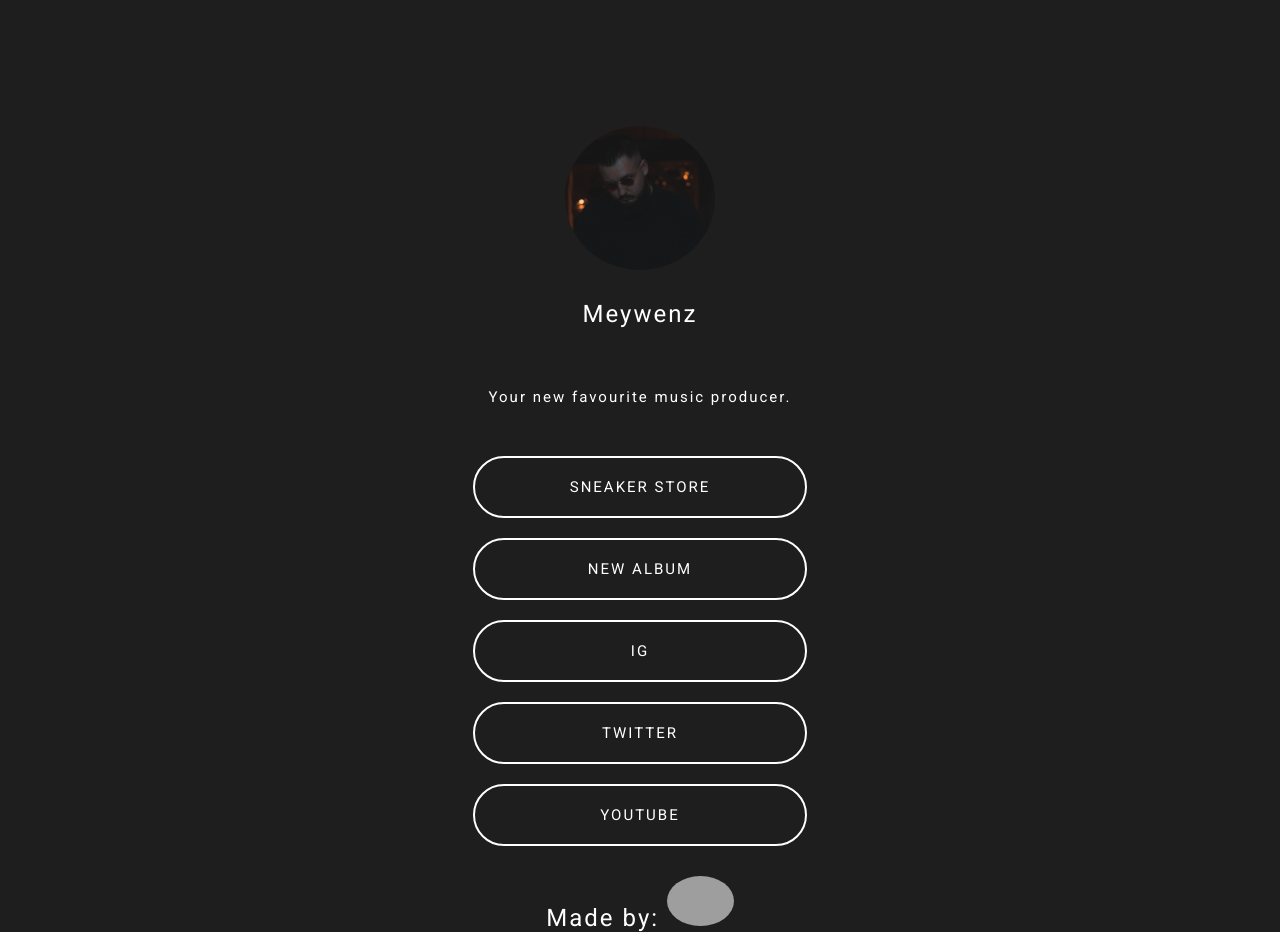
Repository: meywenz/mysite
Page: index.html
An editor plug-in stored every save of this project. The page is shown before and after the next save, followed by the edit.
The browser window is 1280 px wide. The pictures show the whole page.
Pictures or frames that could not be fetched are drawn as grey boxes.

Above is the page before, as saved 2021-04-08 17:37:28.

### index.html
<html lang="en">
<head>
<meta charset="UTF-8">
<meta name="viewport" content="width=device-width, initial-scale=1.0">
<link rel="stylesheet" href="styles.css">
<style>
        @import url('https://fonts.googleapis.com/css2?family=Roboto:ital@0;1&display=swap');

    </style>
<title>Meywenz</title>
</head>
<body>
<!-- Profile picture-->
<img src="assets/image.jpg" alt="profile picture" class="profile-picture">
<!-- Profile name-->
<div class="profile-name">Meywenz</div>
<div class="bio">Your new favourite music producer.</div>
<!-- Links-->
<a href="#" class="links">SNEAKER STORE</a>
<a href="#" class="links">NEW ALBUM</a>
<a href="#" class="links">IG</a>
<a href="#" class="links">TWITTER</a>
<a href="#" class="links">YOUTUBE</a>
<!-- Logo -->
<div class="bottom-text">Made by: <img src="assets/steel logo 4.png" alt="Meywenz" class="logo-bottom"> </div>
</body>
</html>

### styles.css
@import url("https://fonts.googleapis.com/css2?family=Roboto:ital@0;1&display=swap");
body {
  background-color: rgb(30, 30, 30);
  color: #fff;
  font-family: "Roboto", "Open Sans";
  font-size: 15px;
  letter-spacing: 2px;
}

img {
  border-radius: 50%;
}
.profile-picture {
  display: block;
  margin-left: auto;
  margin-right: auto;
  margin-top: 10%;
  height: auto;
  max-width: 150px;
}
.profile-name {
  font-family: "Roboto", sans-serif;
  text-align: center;
  padding: 30px;
  font-size: 1.5rem;
}
.bio {
  text-align: center;
  padding: 30px;
}

.links {
  text-align: center;
  margin-top: 20px;
  padding: 20px;
  border: 1px solid white;
  border-width: 2px;
  width: 290px;
  display: block;
  margin-left: auto;
  margin-right: auto;
  border-radius: 40px;
}

a {
  text-decoration: none;
  color: white;
  transition: color 1s;
}

a:hover {
  color: #000;
  background: #fff;
}

.bottom-text {
  font-family: "Roboto", sans-serif;
  text-align: center;
  padding: 30px;
  font-size: 1.5rem;
  max-height: 15px;
}
.logo-bottom {
  max-height: 50px;
}

After the next save:
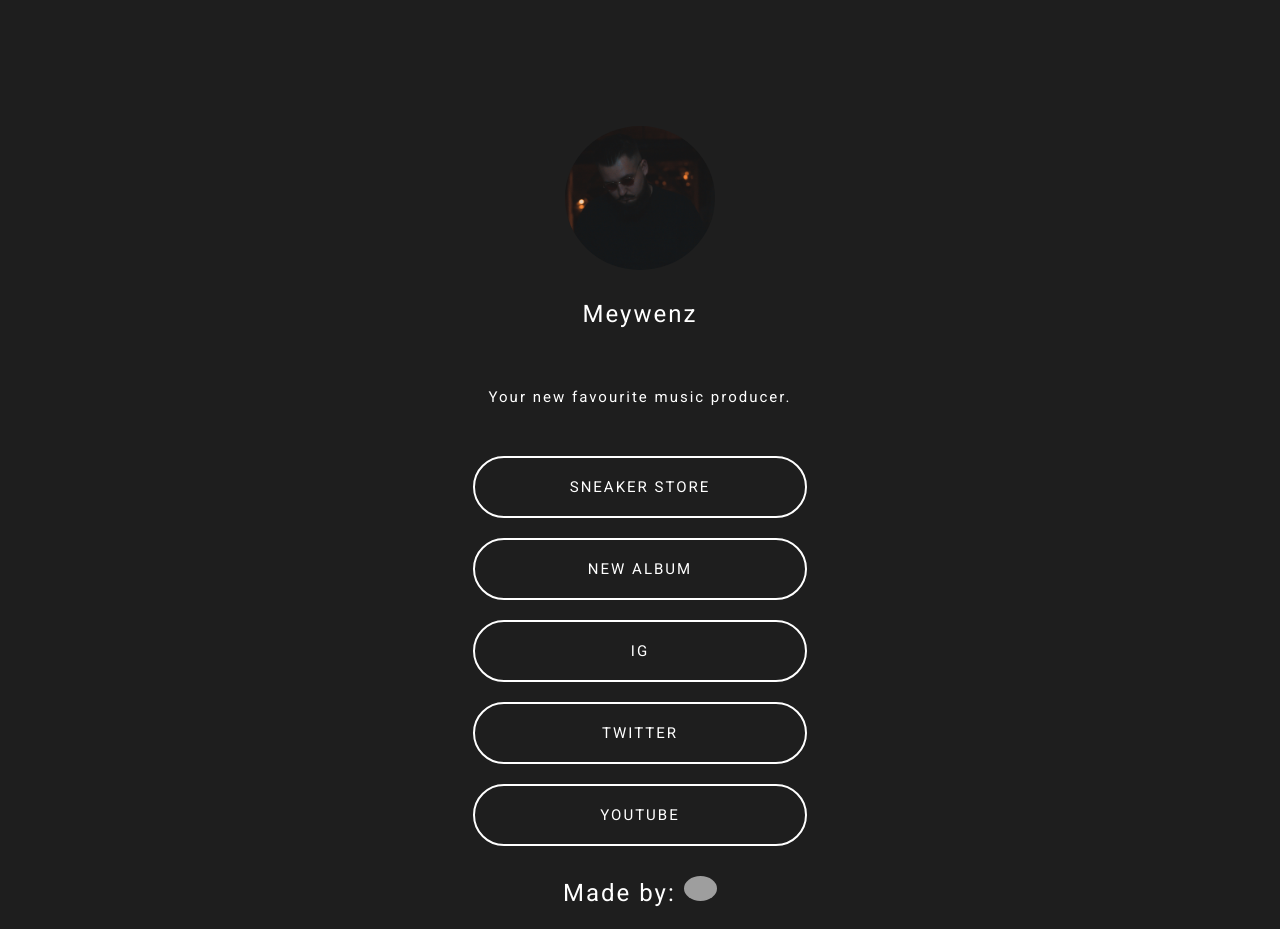
Saved 13 s later.
--- a/styles.css
+++ b/styles.css
@@ -61,5 +61,5 @@
   max-height: 15px;
 }
 .logo-bottom {
-  max-height: 50px;
+  max-height: 25px;
 }
